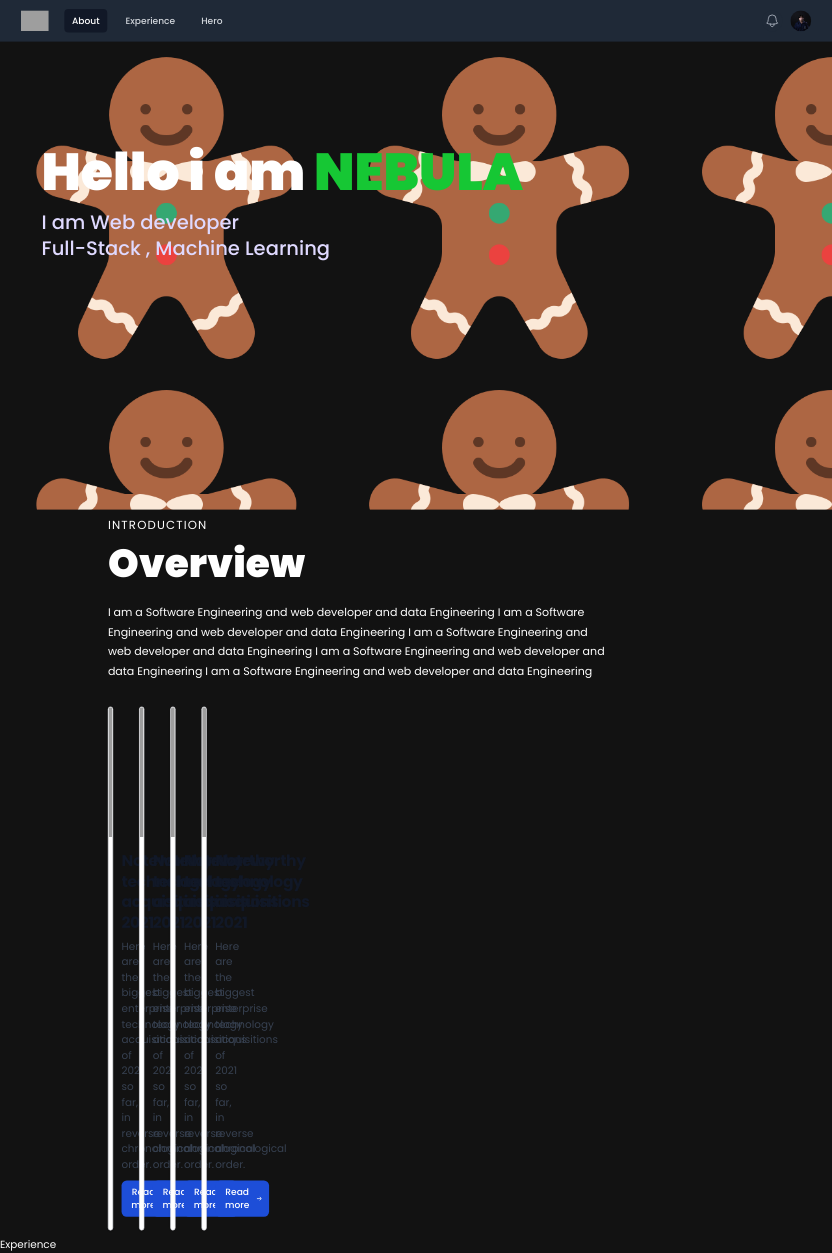
Repository: supakorn5039-boon/React-f
Page: /
These files come from the project's save history. The page is drawn as it stood at one moment and after the next save; the edit follows.
The browser window is 1280 px wide. The pictures show the whole page, at 65% of full size.
Pictures or frames that could not be fetched are drawn as grey boxes. The project was rebuilt for these pictures with package versions that can differ from the ones it lists, and the page was loaded fresh each time. Also part of the build but not shown: vite.config.js.

Above is the page before, as saved 2024-01-09 22:21:32.

### src/App.jsx
import Hero from "./components/Hero";
import About from "./components/About";
import Experience from "./components/Experience";
import Navbar from "./components/Navbar";

export default function App() {
  return (
    <div>
      <Navbar />
      <Hero />
      <About />
      <Experience />
    </div>
  );
}

### src/index.css
@import url("https://fonts.googleapis.com/css2?family=Poppins:wght@100;200;300;400;500;600;700;800;900&display=swap");

@tailwind base;
@tailwind components;
@tailwind utilities;

* {
  margin: 0;
  padding: 0;
  box-sizing: border-box;
  font-family: "Poppins", sans-serif;
  scroll-behavior: smooth;
  color-scheme: dark;
}
.bg-boon {
  background-image: url("./assets/gingerbread-man.png");
}
.section {
  position: absolute;
  inset: 0;
  top: 120px;
  max-width: 7xl;
  margin: 0 auto;
  padding-left: 6rem;
  padding-right: 6rem;
  display: flex;
  flex-direction: row;
  align-items: flex-start;
  gap: 1.25rem; /* This corresponds to 5 units in "rem" */
}
.heroHeadText {
  font-weight: 900;
  color: white;
  font-size: 80px;
  line-height: 98px;
  margin-top: 2rem;
}

@media (max-width: 1023px) {
  .heroHeadText {
    font-size: 60px;
  }
}

@media (max-width: 767px) {
  .heroHeadText {
    font-size: 50px;
  }
}

@media (max-width: 575px) {
  .heroHeadText {
    font-size: 40px;
  }
}

.heroSubText {
  font-weight: 500;
  color: #dfd9ff;
  font-size: 30px;
  line-height: 40px;
}

@media (max-width: 1023px) {
  .heroSubText {
    font-size: 26px;
  }
}

@media (max-width: 767px) {
  .heroSubText {
    font-size: 20px;
  }
}

@media (max-width: 575px) {
  .heroSubText {
    font-size: 16px;
  }
}

.sectionHeadText {
  color: white;
  font-weight: 900;
  font-size: 60px;
}

@media (max-width: 767px) {
  .sectionHeadText {
    font-size: 50px;
  }
}

@media (max-width: 575px) {
  .sectionHeadText {
    font-size: 40px;
  }
}

.sectionSubText {
  font-size: 18px;
  text-transform: uppercase;
  letter-spacing: 0.1em;
  color: var(--text-secondary);
}

@media (max-width: 767px) {
  .sectionSubText {
    font-size: 18px;
  }
}

.about-head {
  padding: 10px 6px; /* Default padding values */
  max-width: calc(100% - 20rem); /* Adjust the value according to your needs */
  margin: 0 auto;
  position: relative;
  z-index: 0;
}

@media (min-width: 640px) {
  .myElement {
    padding: 16px 6px; /* Updated padding for sm screen size */
  }
}

.about-text {
  margin-top: 1rem; /* Equivalent to mt-4 */
  color: white; /* Assuming --text-secondary is defined */
  font-size: 17px;
  max-width: 48rem; /* Equivalent to max-w-3xl */
  line-height: 1.875rem; /* Equivalent to leading-[30px] */
}

### src/components/Hero.jsx
export default function Hero() {
  return (
    <section className="relative w-full h-screen mx-auto bg-boon">
      <div className="absolute inset-0 top-[120px] mx-w-7xl mx-auto sm:px-16 px-6 flex flex-auto">
        <div>
          <h1 className="heroHeadText">
            Hello i am <span className="text-[#16c734]">NEBULA</span>
          </h1>
          <p className="heroSubText mt-2 text-white-100">
            I am Web developer <br />
            Full-Stack , Machine Learning
          </p>
        </div>
      </div>
    </section>
  );
}

### src/components/About.jsx
/* eslint-disable react/prop-types */
import { services } from "../data/Data";

const AboutCard = ({ item }) => {
  return (
    <div className="xs:w-2 max-w-sm bg-white border border-gray-200 rounded-lg shadow dark:bg-gray-800 dark:border-gray-700">
      <a href="#">
        <img
          style={{ width: "100%", height: "200px" }}
          className="rounded-t-lg"
          src={item.image}
          alt=""
        />
      </a>
      <div className="p-5">
        <a href="#">
          <h5 className="mb-2 text-2xl font-bold tracking-tight text-gray-900 dark:text-white">
            Noteworthy technology acquisitions 2021
          </h5>
        </a>
        <p className="mb-3 font-normal text-gray-700 dark:text-gray-400">
          Here are the biggest enterprise technology acquisitions of 2021 so
          far, in reverse chronological order.
        </p>
        <a
          href="#"
          className="inline-flex items-center px-3 py-2 text-sm font-medium text-center text-white bg-blue-700 rounded-lg hover:bg-blue-800 focus:ring-4 focus:outline-none focus:ring-blue-300 dark:bg-blue-600 dark:hover:bg-blue-700 dark:focus:ring-blue-800"
        >
          Read more
          <svg
            className="rtl:rotate-180 w-3.5 h-3.5 ms-2"
            aria-hidden="true"
            xmlns="http://www.w3.org/2000/svg"
            fill="none"
            viewBox="0 0 14 10"
          >
            <path
              stroke="currentColor"
              strokeLinecap="round"
              strokeLinejoin="round"
              strokeWidth="2"
              d="M1 5h12m0 0L9 1m4 4L9 9"
            />
          </svg>
        </a>
      </div>
    </div>
  );
};

const About = () => {
  return (
    <div className="about-head">
      <div className="sectionSubText">Introduction</div>
      <h2 className="sectionHeadText">Overview</h2>
      <div className="about-text">
        I am a Software Engineering and web developer and data Engineering I am
        a Software Engineering and web developer and data Engineering I am a
        Software Engineering and web developer and data Engineering I am a
        Software Engineering and web developer and data Engineering I am a
        Software Engineering and web developer and data Engineering{" "}
      </div>

      <div className="mt-10 flex flex-wrap gap-10">
        {services.map((item, index) => {
          return <AboutCard item={item} key={index} />;
        })}
      </div>
    </div>
  );
};

export default About;

### src/components/Navbar.jsx
import { Fragment } from "react";
import { Disclosure, Menu, Transition } from "@headlessui/react";
import { Bars3Icon, BellIcon, XMarkIcon } from "@heroicons/react/24/outline";
import boon from "../assets/Photo.jpg";
const navigation = [
  { name: "About", href: "#about", current: true },
  { name: "Experience", href: "#experience", current: false },
  { name: "Hero", href: "#hero", current: false },
];

function classNames(...classes) {
  return classes.filter(Boolean).join(" ");
}

export default function Navbar() {
  return (
    <Disclosure as="nav" className="bg-gray-800">
      {({ open }) => (
        <>
          <div className="mx-auto max-w-7xl px-2 sm:px-6 lg:px-8">
            <div className="relative flex h-16 items-center justify-between">
              <div className="absolute inset-y-0 left-0 flex items-center sm:hidden">
                {/* Mobile menu button*/}
                <Disclosure.Button className="relative inline-flex items-center justify-center rounded-md p-2 text-gray-400 hover:bg-gray-700 hover:text-white focus:outline-none focus:ring-2 focus:ring-inset focus:ring-white">
                  <span className="absolute -inset-0.5" />
                  <span className="sr-only">Open main menu</span>
                  {open ? (
                    <XMarkIcon className="block h-6 w-6" aria-hidden="true" />
                  ) : (
                    <Bars3Icon className="block h-6 w-6" aria-hidden="true" />
                  )}
                </Disclosure.Button>
              </div>
              <div className="flex flex-1 items-center justify-center sm:items-stretch sm:justify-start">
                <div className="flex flex-shrink-0 items-center">
                  <img
                    className="h-8 w-auto"
                    src="https://tailwindui.com/img/logos/mark.svg?color=indigo&shade=500"
                    alt="Your Company"
                  />
                </div>
                <div className="hidden sm:ml-6 sm:block">
                  <div className="flex space-x-4">
                    {navigation.map((item) => (
                      <a
                        key={item.name}
                        href={item.href}
                        className={classNames(
                          item.current
                            ? "bg-gray-900 text-white"
                            : "text-gray-300 hover:bg-gray-700 hover:text-white",
                          "rounded-md px-3 py-2 text-sm font-medium"
                        )}
                        aria-current={item.current ? "page" : undefined}
                      >
                        {item.name}
                      </a>
                    ))}
                  </div>
                </div>
              </div>
              <div className="absolute inset-y-0 right-0 flex items-center pr-2 sm:static sm:inset-auto sm:ml-6 sm:pr-0">
                <button
                  type="button"
                  className="relative rounded-full bg-gray-800 p-1 text-gray-400 hover:text-white focus:outline-none focus:ring-2 focus:ring-white focus:ring-offset-2 focus:ring-offset-gray-800"
                >
                  <span className="absolute -inset-1.5" />
                  <span className="sr-only">View notifications</span>
                  <BellIcon className="h-6 w-6" aria-hidden="true" />
                </button>

                {/* Profile dropdown */}
                <Menu as="div" className="relative ml-3">
                  <div>
                    <Menu.Button className="relative flex rounded-full bg-gray-800 text-sm focus:outline-none focus:ring-2 focus:ring-white focus:ring-offset-2 focus:ring-offset-gray-800">
                      <span className="absolute -inset-1.5" />
                      <span className="sr-only">Open user menu</span>
                      <img className="h-8 w-8 rounded-full" src={boon} alt="" />
                    </Menu.Button>
                  </div>
                  <Transition
                    as={Fragment}
                    enter="transition ease-out duration-100"
                    enterFrom="transform opacity-0 scale-95"
                    enterTo="transform opacity-100 scale-100"
                    leave="transition ease-in duration-75"
                    leaveFrom="transform opacity-100 scale-100"
                    leaveTo="transform opacity-0 scale-95"
                  >
                    <Menu.Items className="absolute right-0 z-10 mt-2 w-48 origin-top-right rounded-md bg-white py-1 shadow-lg ring-1 ring-black ring-opacity-5 focus:outline-none">
                      <Menu.Item>
                        {({ active }) => (
                          <a
                            href="#"
                            className={classNames(
                              active ? "bg-gray-100" : "",
                              "block px-4 py-2 text-sm text-gray-700"
                            )}
                          >
                            Your Profile
                          </a>
                        )}
                      </Menu.Item>
                      <Menu.Item>
                        {({ active }) => (
                          <a
                            href="#"
                            className={classNames(
                              active ? "bg-gray-100" : "",
                              "block px-4 py-2 text-sm text-gray-700"
                            )}
                          >
                            Settings
                          </a>
                        )}
                      </Menu.Item>
                      <Menu.Item>
                        {({ active }) => (
                          <a
                            href="#"
                            className={classNames(
                              active ? "bg-gray-100" : "",
                              "block px-4 py-2 text-sm text-gray-700"
                            )}
                          >
                            Sign out
                          </a>
                        )}
                      </Menu.Item>
                    </Menu.Items>
                  </Transition>
                </Menu>
              </div>
            </div>
          </div>

          <Disclosure.Panel className="sm:hidden">
            <div className="space-y-1 px-2 pb-3 pt-2">
              {navigation.map((item) => (
                <Disclosure.Button
                  key={item.name}
                  as="a"
                  href={item.href}
                  className={classNames(
                    item.current
                      ? "bg-gray-900 text-white"
                      : "text-gray-300 hover:bg-gray-700 hover:text-white",
                    "block rounded-md px-3 py-2 text-base font-medium"
                  )}
                  aria-current={item.current ? "page" : undefined}
                >
                  {item.name}
                </Disclosure.Button>
              ))}
            </div>
          </Disclosure.Panel>
        </>
      )}
    </Disclosure>
  );
}

### src/data/Data.js
export const services = [
  {
    title: "Web Developer",
    image: "https://source.unsplash.com/random?wallpapers",
  },
  {
    title: "Web GIS",
    image: "https://source.unsplash.com/random?wallpapers",
  },
  {
    title: "Backend Developer",
    image: "https://source.unsplash.com/random?wallpapers",
  },
  {
    title: "Youtuber",
    image: "https://source.unsplash.com/random?wallpapers",
  },
];

export const experiences = [
  {
    title: "React",
    company_name: "RTAF",
    iconBg: "#383E56",
    icon: "https://source.unsplash.com/random?wallpapers",
    date: "March 2022 - April 2023",
    points: [
      "Lorem ipsum dolor sit amet consectetur, adipisicing elit. Tenetur vitae voluptas voluptatum, rerum deleniti enim quis repellat ipsum. Deleniti eius quo esse ea minima quisquam recusandae, possimus consectetur necessitatibus accusantium!",
      "Lorem ipsum dolor sit amet consectetur, adipisicing elit. Tenetur vitae voluptas voluptatum, rerum deleniti enim quis repellat ipsum. Deleniti eius quo esse ea minima quisquam recusandae, possimus consectetur necessitatibus accusantium!",
    ],
  },
  {
    title: "React",
    company_name: "RTAF",
    iconBg: "#383E56",
    icon: "https://source.unsplash.com/random?wallpapers",
    date: "March 2023 - April 2024",
    points: [
      "Lorem ipsum dolor sit amet consectetur, adipisicing elit. Tenetur vitae voluptas voluptatum, rerum deleniti enim quis repellat ipsum. Deleniti eius quo esse ea minima quisquam recusandae, possimus consectetur necessitatibus accusantium!",
      "Lorem ipsum dolor sit amet consectetur, adipisicing elit. Tenetur vitae voluptas voluptatum, rerum deleniti enim quis repellat ipsum. Deleniti eius quo esse ea minima quisquam recusandae, possimus consectetur necessitatibus accusantium!",
    ],
  },
  {
    title: "React",
    company_name: "RTAF",
    iconBg: "#383E56",
    icon: "https://source.unsplash.com/random?wallpapers",
    date: "March 2024 - Current",
    points: [
      "Lorem ipsum dolor sit amet consectetur, adipisicing elit. Tenetur vitae voluptas voluptatum, rerum deleniti enim quis repellat ipsum. Deleniti eius quo esse ea minima quisquam recusandae, possimus consectetur necessitatibus accusantium!",
      "Lorem ipsum dolor sit amet consectetur, adipisicing elit. Tenetur vitae voluptas voluptatum, rerum deleniti enim quis repellat ipsum. Deleniti eius quo esse ea minima quisquam recusandae, possimus consectetur necessitatibus accusantium!",
    ],
  },
];

### tailwind.config.js
/** @type {import('tailwindcss').Config} */
export default {
  content: ["./index.html", "./src/**/*.{js,ts,jsx,tsx}"],
  theme: {
    extend: {
      screens: {
        xs: "450px",
      },
    },
  },
  plugins: [],
};

Loaded but not shown: index.html (common file); src/main.jsx (common file); src/components/Experience.jsx (common file)

After the next save:
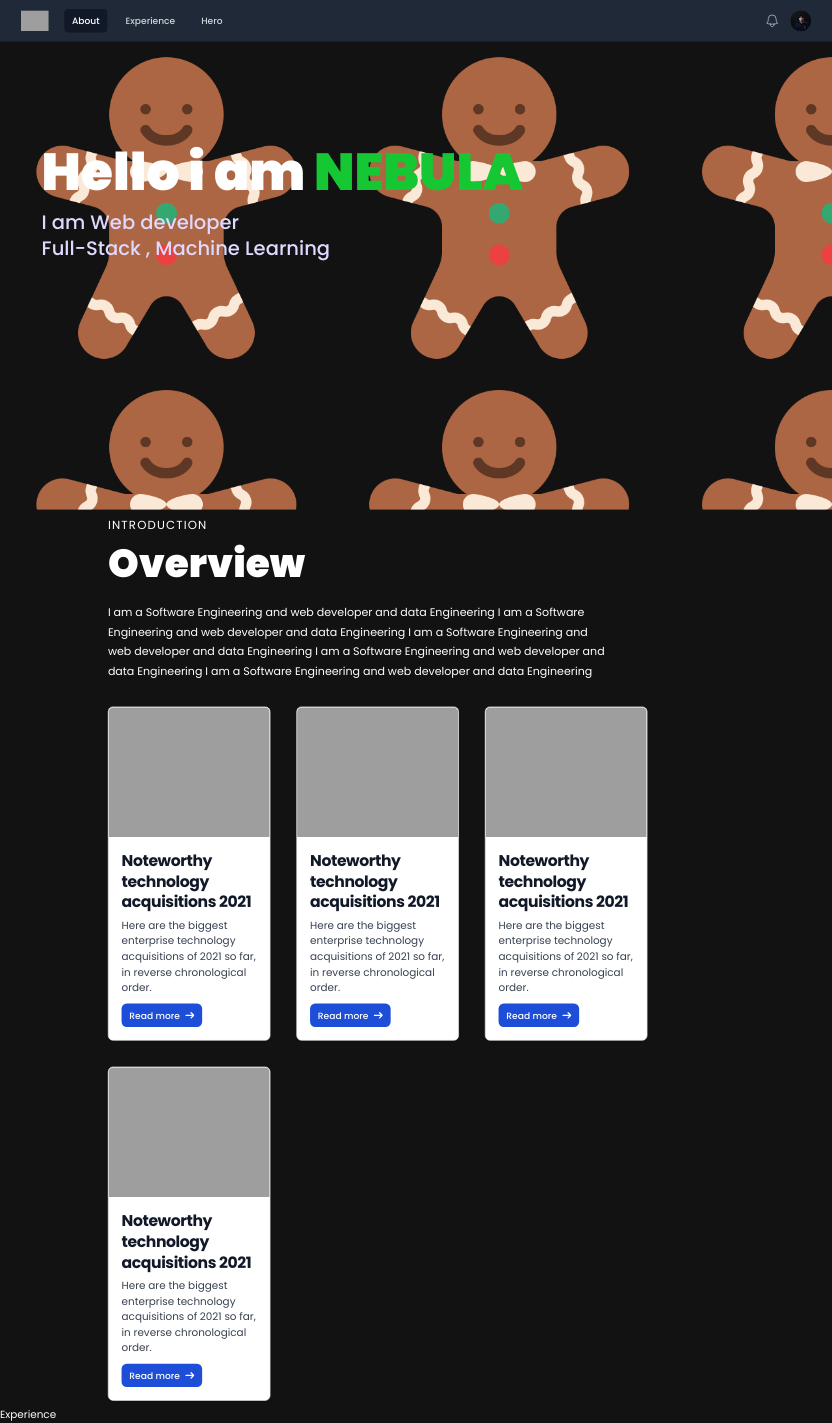
Saved 4 s later.
--- a/src/components/About.jsx
+++ b/src/components/About.jsx
@@ -3,7 +3,7 @@ import { services } from "../data/Data";
 
 const AboutCard = ({ item }) => {
   return (
-    <div className="xs:w-2 max-w-sm bg-white border border-gray-200 rounded-lg shadow dark:bg-gray-800 dark:border-gray-700">
+    <div className="xs:w-[250px] max-w-sm bg-white border border-gray-200 rounded-lg shadow dark:bg-gray-800 dark:border-gray-700">
       <a href="#">
         <img
           style={{ width: "100%", height: "200px" }}
